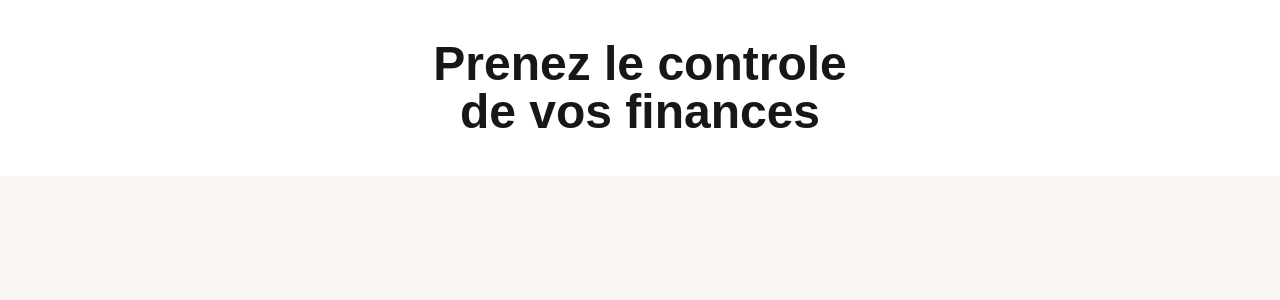
Repository: gitPaved/etrack-v1
Page: /
The author's editor kept a copy of each file at every save. The page is drawn from the files as they stood at one save, then again after the next save.
The browser window is 1280 px wide. The pictures show the whole page.
The project was rebuilt for these pictures with package versions that can differ from the ones it lists, and the page was loaded fresh each time. The framework's server and built-in components were replaced by stand-ins that run in the browser. Also part of the build but not shown: next.config.ts.

Above is the page before, as saved 2025-03-03 16:17:21.

After the next save:
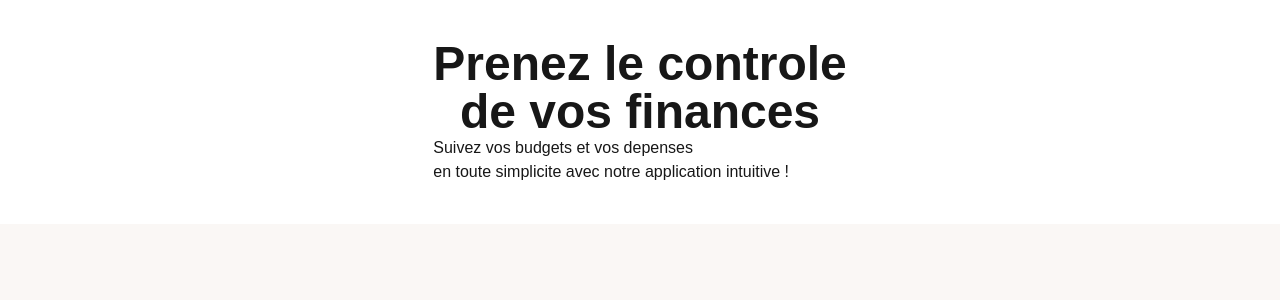
Saved 4 min 8 s later.
--- a/app/page.tsx
+++ b/app/page.tsx
@@ -2,14 +2,17 @@ import Image from "next/image";
 
 export default function Home() {
   return (
-   <div className="flex items-center justify-between flex-col py-10 w-full">
-    <div>
-      <div className="flex flex-col">
-        <h1 className="text-4xl md:text-5xl font-bold text-center">
-          Prenez le controle <br/> de vos finances
-        </h1>
+    <div className="flex items-center justify-between flex-col py-10 w-full">
+      <div>
+        <div className="flex flex-col">
+          <h1 className="text-4xl md:text-5xl font-bold text-center">
+            Prenez le controle <br /> de vos finances
+          </h1>
+          <p className="">
+            Suivez vos budgets et vos depenses <br /> en toute simplicite avec notre application intuitive !
+          </p>
+        </div>
       </div>
     </div>
-   </div>
   );
 }
